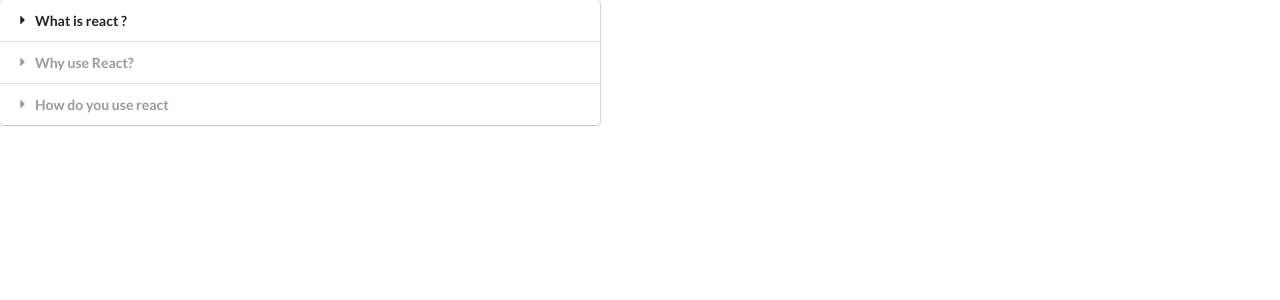
Repository: striver-69/Widjets-App
Page: /
The author's editor kept a copy of each file at every save. The page is drawn from the files as they stood at one save, then again after the next save.
The browser window is 1280 px wide. The pictures show the whole page.
The project was rebuilt for these pictures with package versions that can differ from the ones it lists, and the page was loaded fresh each time. Also part of the build but not shown: src/components/Search.js, src/components/Dropdown.js, src/components/Convert.js, src/components/Translate.js.

Above is the page before, as saved 2021-03-04 21:40:53.

After the next save:
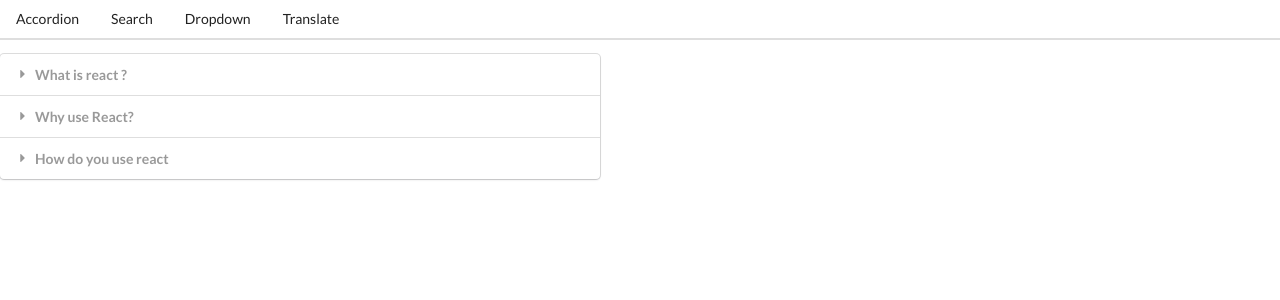
Saved 41 s later.
--- a/src/App.js
+++ b/src/App.js
@@ -4,6 +4,7 @@ import Search from './components/Search'
 import Dropdown from './components/Dropdown'
 import Translate from './components/Translate'
 import Route from './components/Route'
+import Header from './components/Header'
 
 const items=[
   {
@@ -39,6 +40,7 @@ export default ()=>{
   const [selected,setSelected]=useState(options[0])
   return (
     <div>
+      <Header/>
       <Route path="/">
         <Accordion items={items} />
       </Route>
